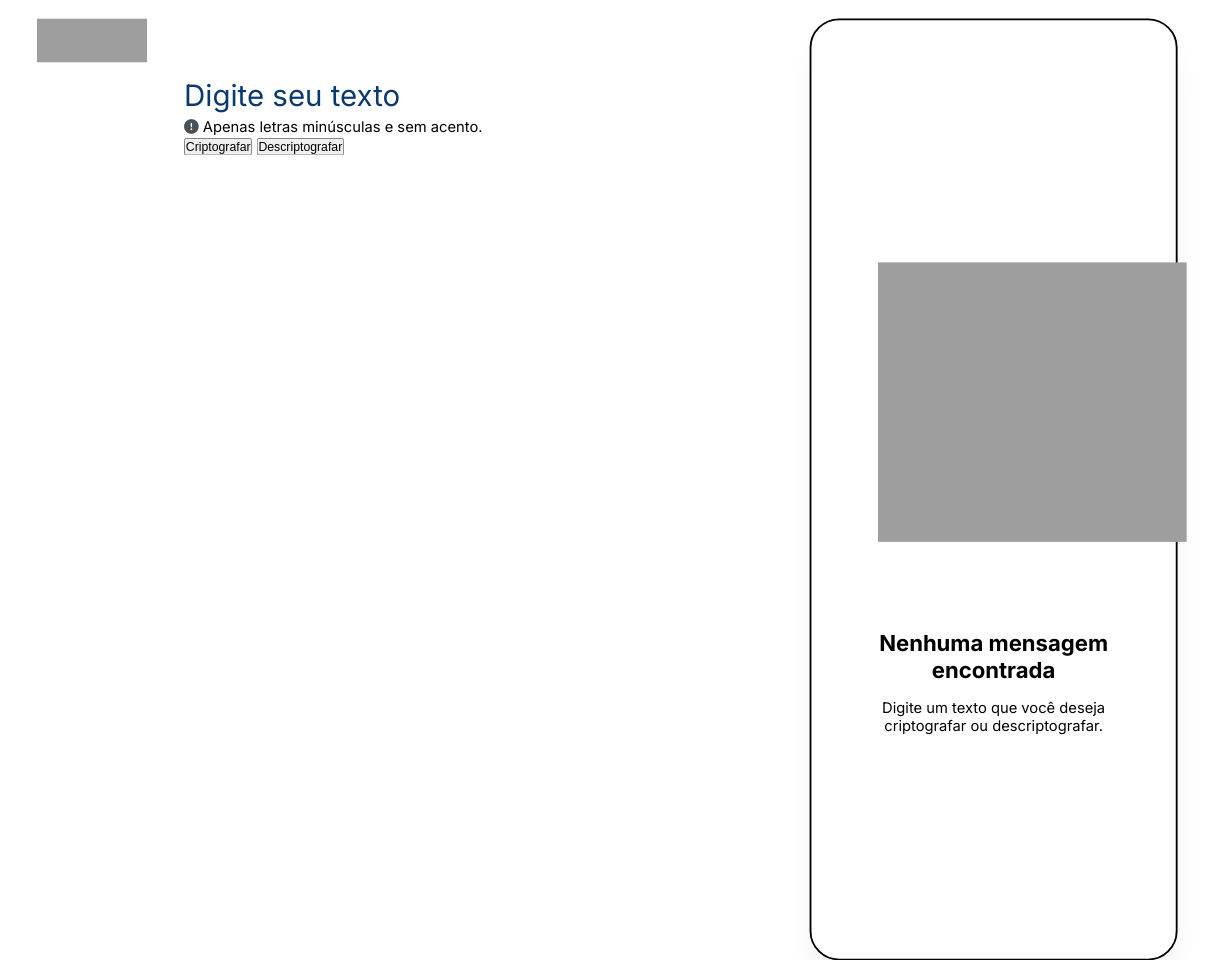
Repository: CarlosEduardoVdeOliveira/descodificador-de-texto
Page: index.html
The author's editor kept a copy of each file at every save. The page is drawn from the files as they stood at one save, then again after the next save.
The browser window is 1280 px wide. The page is 1330 px wide, so the pictures cover 1330 px, including what lies to the right of the window. The pictures show the whole page, at 92% of full size.
Pictures or frames that could not be fetched are drawn as grey boxes.

Above is the page before, as saved 2023-04-11 21:50:04.

### index.html
<!DOCTYPE html>
<html lang="en">
<head>
   <meta charset="UTF-8">
   <link rel="preconnect" href="https://fonts.googleapis.com">
   <link rel="preconnect" href="https://fonts.gstatic.com" crossorigin>
   <meta http-equiv="X-UA-Compatible" content="IE=edge">
   <meta name="viewport" content="width=device-width, initial-scale=1.0">
   <link href="https://fonts.googleapis.com/css2?family=Inter:wght@400;700&display=swap" rel="stylesheet">
   <link rel="stylesheet" href="https://cdnjs.cloudflare.com/ajax/libs/font-awesome/6.4.0/css/all.min.css" integrity="sha512-iecdLmaskl7CVkqkXNQ/ZH/XLlvWZOJyj7Yy7tcenmpD1ypASozpmT/E0iPtmFIB46ZmdtAc9eNBvH0H/ZpiBw==" crossorigin="anonymous" referrerpolicy="no-referrer" />
   <link rel="stylesheet" href="/public/styles/reset.css">
   <link rel="stylesheet" href="/public/styles/index.css">
   <title>Decodificador</title>
</head>
<body>
   <header>
   </header>
   <main>
      <img src="/public/images/imageLogo.png"
         alt="letra a da logo da escola de programação Alura">
      <div class="frist-area">
         <input placeholder="Digite seu texto" />
         <span>
            <i class="fa-solid fa-circle-exclamation"></i>
            Apenas letras minúsculas e sem acento.
         </span>
         <div>
            <button>Criptografar</button>
            <button>Descriptografar</button>
         </div>
      </div>
      <div class="highlight">
         <img src="/public/images/imageHighLight.svg" alt="">
         <div>
            <h2>Nenhuma mensagem encontrada</h2>
            <p>
               Digite um texto que você deseja criptografar ou descriptografar.
            </p>
         </div>
      </div>
   </main>
</body>
</html>

### public/styles/reset.css
*{
   margin: 0;
   padding: 0;
   box-sizing: border-box;
}
body{
   font-family:  'Inter', sans-serif;
   font-size: 1rem;
}

### public/styles/index.css
:root{
   --dark-blue-300: #0A3871;
   --gray-400: #495057;
}
header{
   position: absolute;
   width: 100%;
   height: 2.5rem;
}
img{
   width: 8rem;
   height: 3rem;
   margin: 2.5rem;
   top: -20px;
   position: relative;
}
main {
   display: flex;
   justify-content: space-around;
   align-items: self-start;
   margin: 0 auto;
}
.frist-area{
   display: flex;
   flex-direction: column;
   position: relative;
   top: 80px;
}
input{
   width: 680px;
   height: 48px;
   font-family: 'Inter';
   font-size: 32px;
   line-height: 150%;
   color: var(--dark-blue-300);
   border: none;

}

input::placeholder{
   color: var(--dark-blue-300);
}
i{
   color: var(--gray-400);
   font-size: 1rem;
}
.highlight{
   width: 25rem;
   position: relative;
   top: 20px;
   padding: 15.188rem 2rem;
   text-align: center;
   background: #FFFFFF;
   /* shadow */
   box-shadow: 0px 24px 32px -8px rgba(0, 0, 0, 0.08);
   border-radius: 32px;
   border: 2px solid black;
}
.highlight div{
   display: flex;
   flex-direction: column;

   margin-top: 2rem;
   padding: 0px;
   gap: 16px;
}
.highlight img{
   width: 21rem;
   height: 19rem;
}

After the next save:
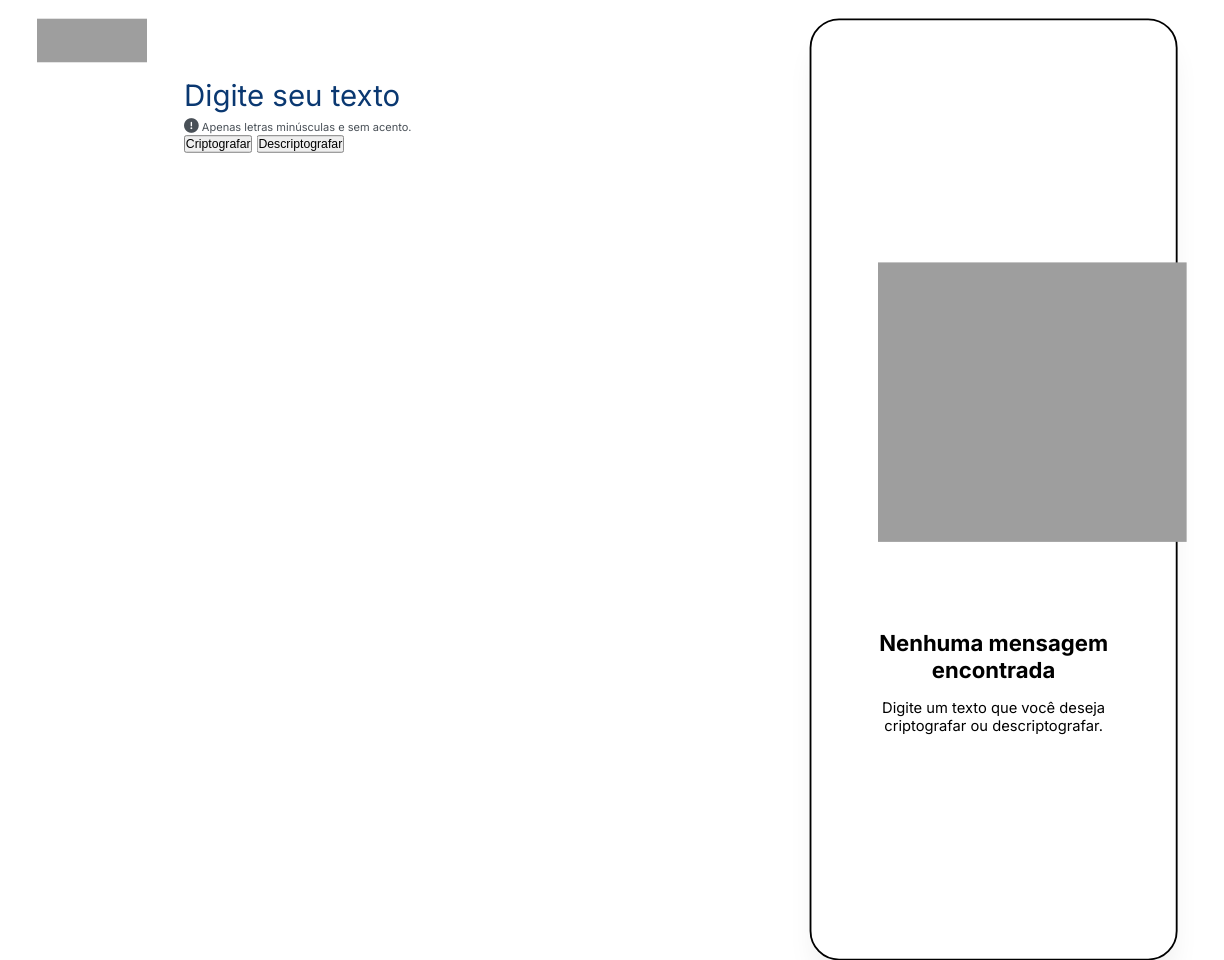
Saved 70 s later.
--- a/public/styles/index.css
+++ b/public/styles/index.css
@@ -44,6 +44,10 @@ i{
    color: var(--gray-400);
    font-size: 1rem;
 }
+span{
+   font-size: 12px;
+   color: var(--gray-400);
+}
 .highlight{
    width: 25rem;
    position: relative;
